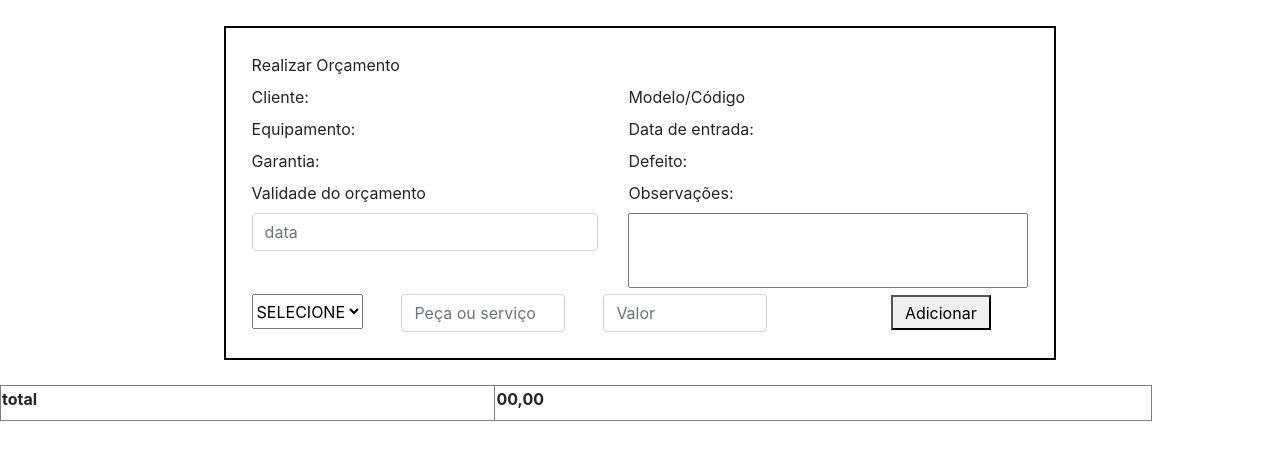
Repository: gabrielfeliphe/AssistenciaTecnica
Page: PI-AssistenciaTecnica/WebContent/pages/manutencao/funcoes/realizar_orcamento.html
An editor plug-in stored every save of this project. The page is shown before and after the next save, followed by the edit.
The browser window is 1280 px wide. The pictures show the whole page.
Some web libraries are served in a nearby version.

Above is the page before, as saved 2021-10-15 00:36:50.
Console error: TypeError: Cannot read properties of undefined (reading 'fn')

After the next save:
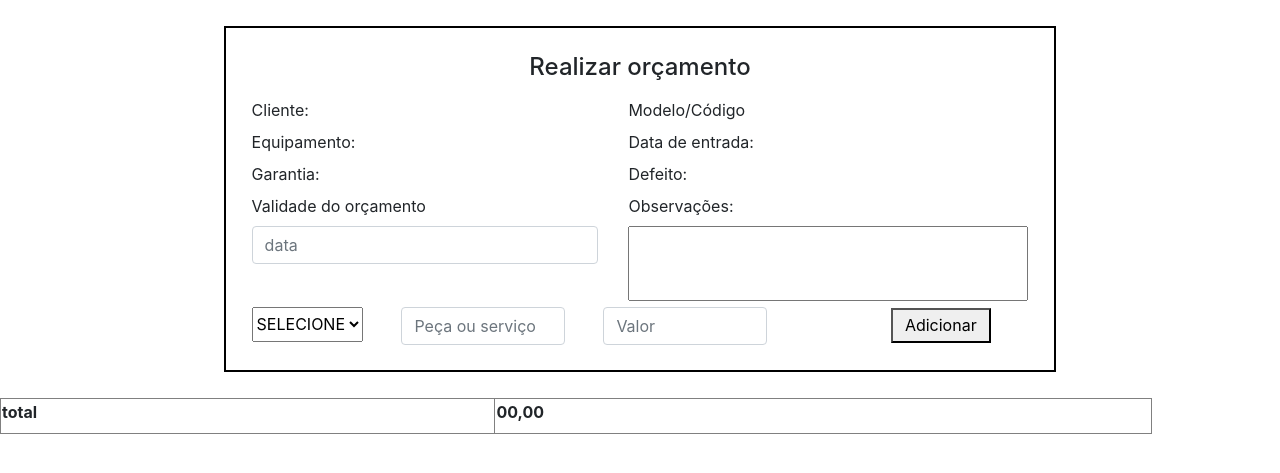
Saved 14 s later.
--- a/PI-AssistenciaTecnica/WebContent/pages/manutencao/funcoes/realizar_orcamento.html
+++ b/PI-AssistenciaTecnica/WebContent/pages/manutencao/funcoes/realizar_orcamento.html
@@ -14,7 +14,7 @@
 <body>
 
 <div class="container">
-	<LABEL>Realizar Orçamento</LABEL>
+	<h4>Realizar orçamento</h4>
 	<div class="row">
 		<div class="col-md">
 		 <label>Cliente: </label><label id="cliente"></label></br>
